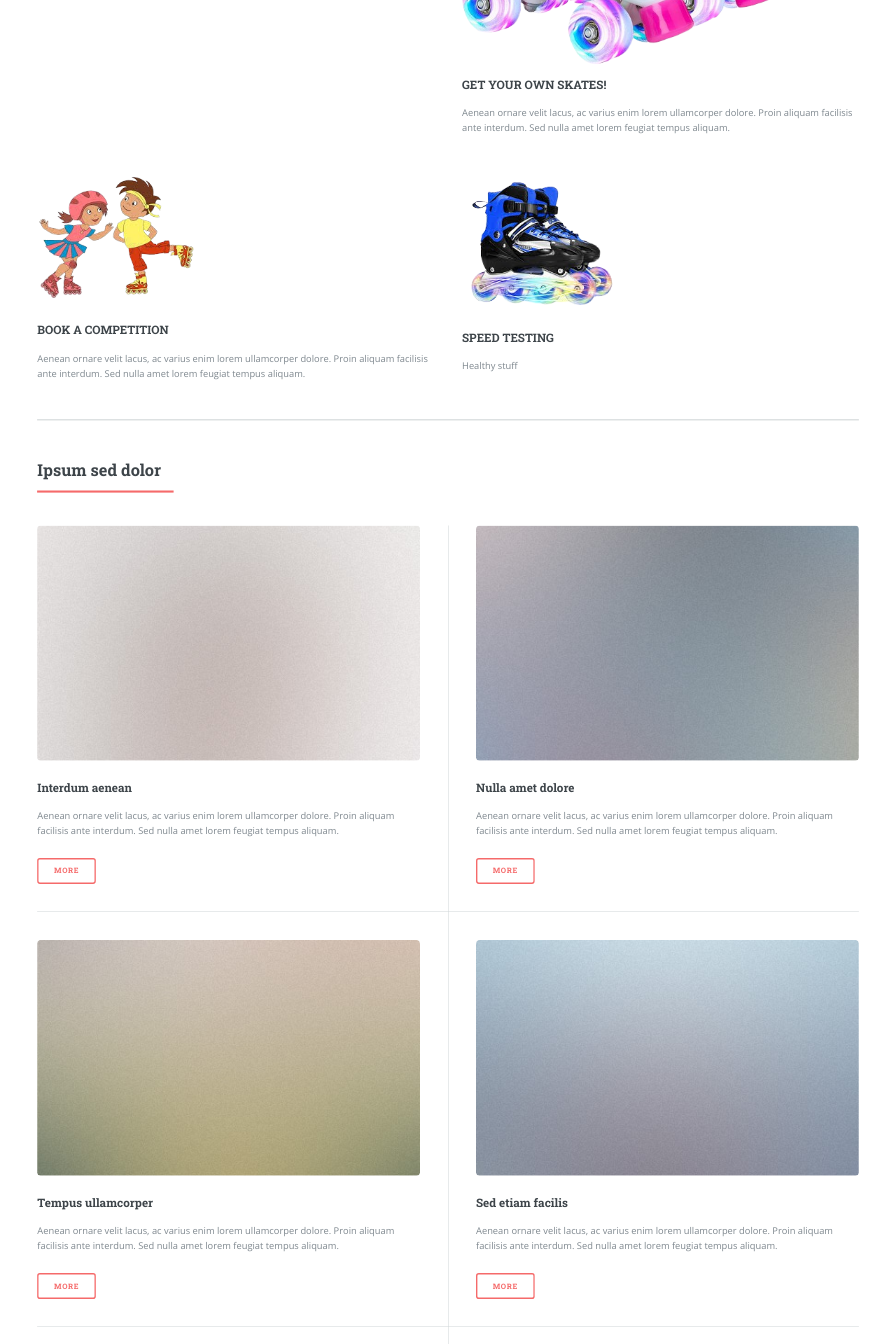
Repository: rachel648/New_Elite
Page: index.html
These files come from the project's save history. The page is drawn as it stood at one moment and after the next save; the edit follows.
The browser window is 1280 px wide. The pictures show the part of the page from y = 1354 to 3274 px (the page is 3857 px tall before and 3835 px after), at 70% of full size.

Above is the page before, as saved 2024-10-14 11:49:35.

### index.html
<!DOCTYPE HTML>
<html>
	<head>
		<title>ELITE SKATES</title>
		<meta charset="utf-8" />
		<meta name="viewport" content="width=device-width, initial-scale=1, user-scalable=no" />
		<link rel="stylesheet" href="assets/css/main.css" />
	</head>
	<body class="is-preload">

		<!-- Wrapper -->
			<div id="wrapper">

				<!-- Main -->
					<div id="main">
						<div class="inner">

							<!-- Header -->
								<header id="header">
									<a href="index.html" class="logo"><strong>ELITE </strong>SKATING CLUB</a>
									<ul class="icons">
										<li><a href="#" class="icon brands fa-twitter"><span class="label">Twitter</span></a></li>
										<li><a href="#" class="icon brands fa-facebook-f"><span class="label">Facebook</span></a></li>
										<li><a href="#" class="icon brands fa-snapchat-ghost"><span class="label">Snapchat</span></a></li>
										<li><a href="#" class="icon brands fa-instagram"><span class="label">Instagram</span></a></li>
										<li><a href="#" class="icon brands fa-medium-m"><span class="label">Medium</span></a></li>
									</ul>
								</header>

							<!-- Banner -->
								<section id="banner">
									<div class="content">
										<header>
											<h1>Welcome, Let's Skate!<br />
											With Mario</h1>
											<p>Join the thrill, boost your skills, and enjoy the ride with our skating community!</p>
										</header>
										<p>Skating is not only a fun way to stay active, but it also improves balance, coordination, and cardiovascular health. Whether you're cruising for fitness or gliding for fun, it's a great way to build strength and reduce stress while enjoying the outdoors."</p>
										<ul class="actions">
											<li><a href="#" class="button big">Learn More</a></li>
										</ul>
									</div>
									<span class="image object">
										<img src="images/skatetwo-removebg-preview.png" alt="" />
									</span>
								</section>

							<!-- Section -->
								<section>
									<header class="major">
										<h2>ACTIVITIES OFFERED:</h2>
									</header>
									<div class="features">
										<article>
											<span class="image object"></span>
											<img src="images/training.jpg" alt="" />
											<div class="content">
												<h3>BOOK YOUR TRAINING HERE!!</h3>
												<p>Aenean ornare velit lacus, ac varius enim lorem ullamcorper dolore. Proin aliquam facilisis ante interdum. Sed nulla amet lorem feugiat tempus aliquam.</p>
											</div>
										</article>
										<article>
											<span class="image object">
										<img src="images/pinkskates.jpg-removebg-preview.png" alt="" />
											<div class="content">
												<h3>GET YOUR OWN SKATES!</h3>
												<p>Aenean ornare velit lacus, ac varius enim lorem ullamcorper dolore. Proin aliquam facilisis ante interdum. Sed nulla amet lorem feugiat tempus aliquam.</p>
											</div>
										</article>
										<article>
											<span class="image object">
												<img src="images/competition-removebg-preview.png" alt="" />
											<div class="content">
												<h3>BOOK A COMPETITION</h3>
												<p>Aenean ornare velit lacus, ac varius enim lorem ullamcorper dolore. Proin aliquam facilisis ante interdum. Sed nulla amet lorem feugiat tempus aliquam.</p>
											</div>
										</article>
										<article>
											<span class="image object">
												<img src="images/blueskates-removebg-preview.png" alt="" />
											<div class="content">
												<h3>SPEED TESTING</h3>
												<p>Healthy stuff</p>
											</div>
										</article>
									</div>
								</section>

							<!-- Section -->
								<section>
									<header class="major">
										<h2>Ipsum sed dolor</h2>
									</header>
									<div class="posts">
										<article>
											<a href="#" class="image"><img src="images/pic01.jpg" alt="" /></a>
											<h3>Interdum aenean</h3>
											<p>Aenean ornare velit lacus, ac varius enim lorem ullamcorper dolore. Proin aliquam facilisis ante interdum. Sed nulla amet lorem feugiat tempus aliquam.</p>
											<ul class="actions">
												<li><a href="#" class="button">More</a></li>
											</ul>
										</article>
										<article>
											<a href="#" class="image"><img src="images/pic02.jpg" alt="" /></a>
											<h3>Nulla amet dolore</h3>
											<p>Aenean ornare velit lacus, ac varius enim lorem ullamcorper dolore. Proin aliquam facilisis ante interdum. Sed nulla amet lorem feugiat tempus aliquam.</p>
											<ul class="actions">
												<li><a href="#" class="button">More</a></li>
											</ul>
										</article>
										<article>
											<a href="#" class="image"><img src="images/pic03.jpg" alt="" /></a>
											<h3>Tempus ullamcorper</h3>
											<p>Aenean ornare velit lacus, ac varius enim lorem ullamcorper dolore. Proin aliquam facilisis ante interdum. Sed nulla amet lorem feugiat tempus aliquam.</p>
											<ul class="actions">
												<li><a href="#" class="button">More</a></li>
											</ul>
										</article>
										<article>
											<a href="#" class="image"><img src="images/pic04.jpg" alt="" /></a>
											<h3>Sed etiam facilis</h3>
											<p>Aenean ornare velit lacus, ac varius enim lorem ullamcorper dolore. Proin aliquam facilisis ante interdum. Sed nulla amet lorem feugiat tempus aliquam.</p>
											<ul class="actions">
												<li><a href="#" class="button">More</a></li>
											</ul>
										</article>
										<article>
											<a href="#" class="image"><img src="images/pic05.jpg" alt="" /></a>
											<h3>Feugiat lorem aenean</h3>
											<p>Aenean ornare velit lacus, ac varius enim lorem ullamcorper dolore. Proin aliquam facilisis ante interdum. Sed nulla amet lorem feugiat tempus aliquam.</p>
											<ul class="actions">
												<li><a href="#" class="button">More</a></li>
											</ul>
										</article>
										<article>
											<a href="#" class="image"><img src="images/pic06.jpg" alt="" /></a>
											<h3>Amet varius aliquam</h3>
											<p>Aenean ornare velit lacus, ac varius enim lorem ullamcorper dolore. Proin aliquam facilisis ante interdum. Sed nulla amet lorem feugiat tempus aliquam.</p>
											<ul class="actions">
												<li><a href="#" class="button">More</a></li>
											</ul>
										</article>
									</div>
								</section>

						</div>
					</div>

				<!-- Sidebar -->
					<div id="sidebar">
						<div class="inner">

							<!-- Search -->
								<section id="search" class="alt">
									<form method="post" action="#">
										<input type="text" name="query" id="query" placeholder="Search" />
									</form>
								</section>

							<!-- Menu -->
								<nav id="menu">
									<header class="major">
										<h2>Menu</h2>
									</header>
									<ul>
										<li><a href="index.html">Homepage</a></li>
										<li><a href="generic.html">Generic</a></li>
										<li><a href="elements.html">Elements</a></li>
										<li>
											<span class="opener">Submenu</span>
											<ul>
												<li><a href="#">Lorem Dolor</a></li>
												<li><a href="#">Ipsum Adipiscing</a></li>
												<li><a href="#">Tempus Magna</a></li>
												<li><a href="#">Feugiat Veroeros</a></li>
											</ul>
										</li>
										<li><a href="#">Etiam Dolore</a></li>
										<li><a href="#">Adipiscing</a></li>
										<li>
											<span class="opener">Another Submenu</span>
											<ul>
												<li><a href="#">Lorem Dolor</a></li>
												<li><a href="#">Ipsum Adipiscing</a></li>
												<li><a href="#">Tempus Magna</a></li>
												<li><a href="#">Feugiat Veroeros</a></li>
											</ul>
										</li>
										<li><a href="#">Maximus Erat</a></li>
										<li><a href="#">Sapien Mauris</a></li>
										<li><a href="#">Amet Lacinia</a></li>
									</ul>
								</nav>

							<!-- Section -->
								<section>
									<header class="major">
										<h2>Ante interdum</h2>
									</header>
									<div class="mini-posts">
										<article>
											<a href="#" class="image"><img src="images/pic07.jpg" alt="" /></a>
											<p>Aenean ornare velit lacus, ac varius enim lorem ullamcorper dolore aliquam.</p>
										</article>
										<article>
											<a href="#" class="image"><img src="images/pic08.jpg" alt="" /></a>
											<p>Aenean ornare velit lacus, ac varius enim lorem ullamcorper dolore aliquam.</p>
										</article>
										<article>
											<a href="#" class="image"><img src="images/pic09.jpg" alt="" /></a>
											<p>Aenean ornare velit lacus, ac varius enim lorem ullamcorper dolore aliquam.</p>
										</article>
									</div>
									<ul class="actions">
										<li><a href="#" class="button">More</a></li>
									</ul>
								</section>

							<!-- Section -->
								<section>
									<header class="major">
										<h2>Get in touch</h2>
									</header>
									<p>Sed varius enim lorem ullamcorper dolore aliquam aenean ornare velit lacus, ac varius enim lorem ullamcorper dolore. Proin sed aliquam facilisis ante interdum. Sed nulla amet lorem feugiat tempus aliquam.</p>
									<ul class="contact">
										<li class="icon solid fa-envelope"><a href="#">information@untitled.tld</a></li>
										<li class="icon solid fa-phone">(000) 000-0000</li>
										<li class="icon solid fa-home">1234 Somewhere Road #8254<br />
										Nashville, TN 00000-0000</li>
									</ul>
								</section>

							<!-- Footer -->
								<footer id="footer">
									<p class="copyright">&copy; Untitled. All rights reserved. Demo Images: <a href="https://unsplash.com">Unsplash</a>. Design: <a href="https://html5up.net">HTML5 UP</a>.</p>
								</footer>

						</div>
					</div>

			</div>

		<!-- Scripts -->
			<script src="assets/js/jquery.min.js"></script>
			<script src="assets/js/browser.min.js"></script>
			<script src="assets/js/breakpoints.min.js"></script>
			<script src="assets/js/util.js"></script>
			<script src="assets/js/main.js"></script>

	</body>
</html>

Loaded but not shown: assets/css/fontawesome-all.min.css (library); assets/js/jquery.min.js (library); assets/js/browser.min.js (common file); assets/js/breakpoints.min.js (common file); assets/js/util.js (587 lines, source omitted); assets/js/main.js (262 lines, source omitted); assets/css/main.css (2284 lines, source omitted)

After the next save:
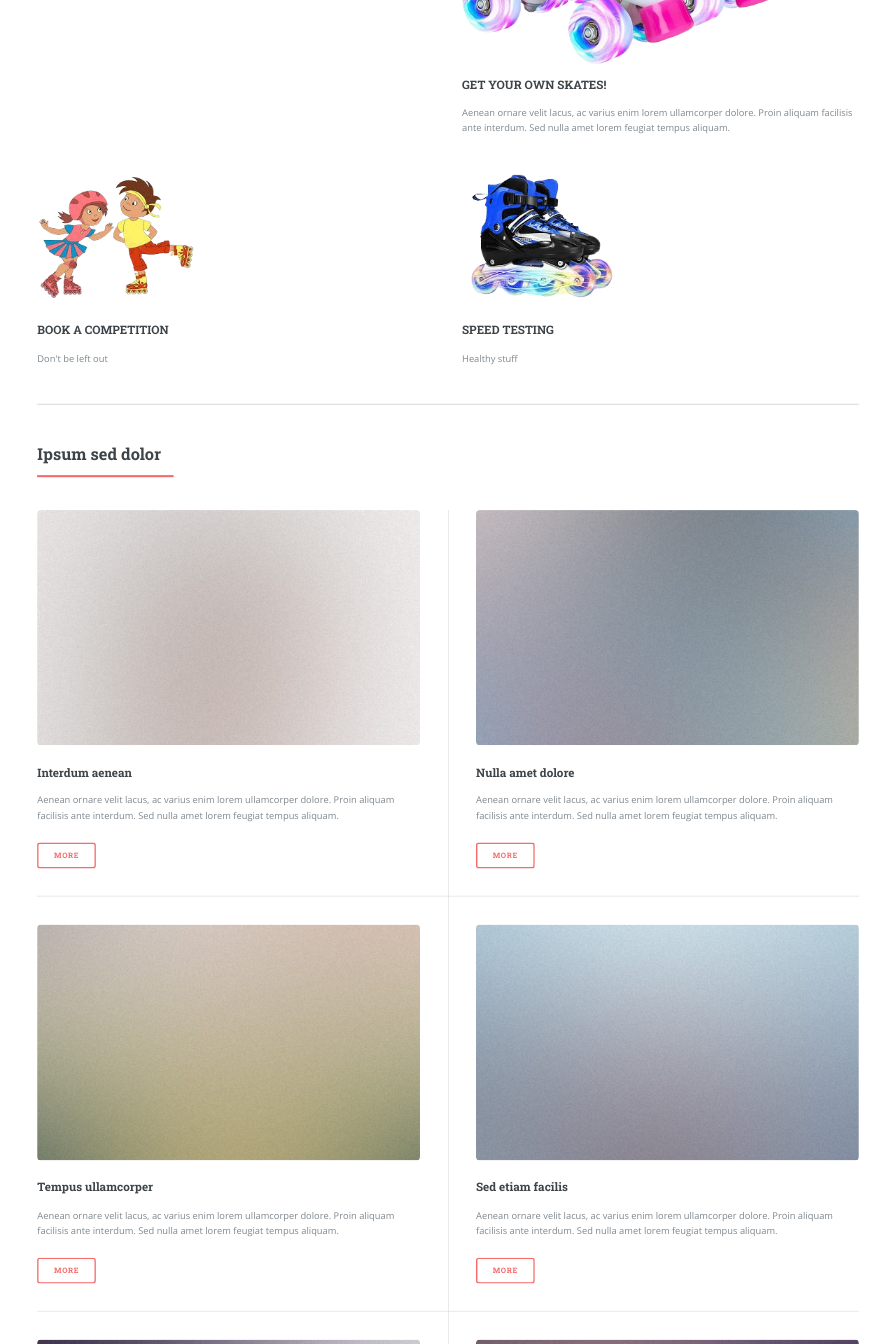
Saved 25 s later.
--- a/index.html
+++ b/index.html
@@ -72,8 +72,7 @@
 												<img src="images/competition-removebg-preview.png" alt="" />
 											<div class="content">
 												<h3>BOOK A COMPETITION</h3>
-												<p>Aenean ornare velit lacus, ac varius enim lorem ullamcorper dolore. Proin aliquam facilisis ante interdum. Sed nulla amet lorem feugiat tempus aliquam.</p>
-											</div>
+												<p> Don't be left out</p>
 										</article>
 										<article>
 											<span class="image object">
